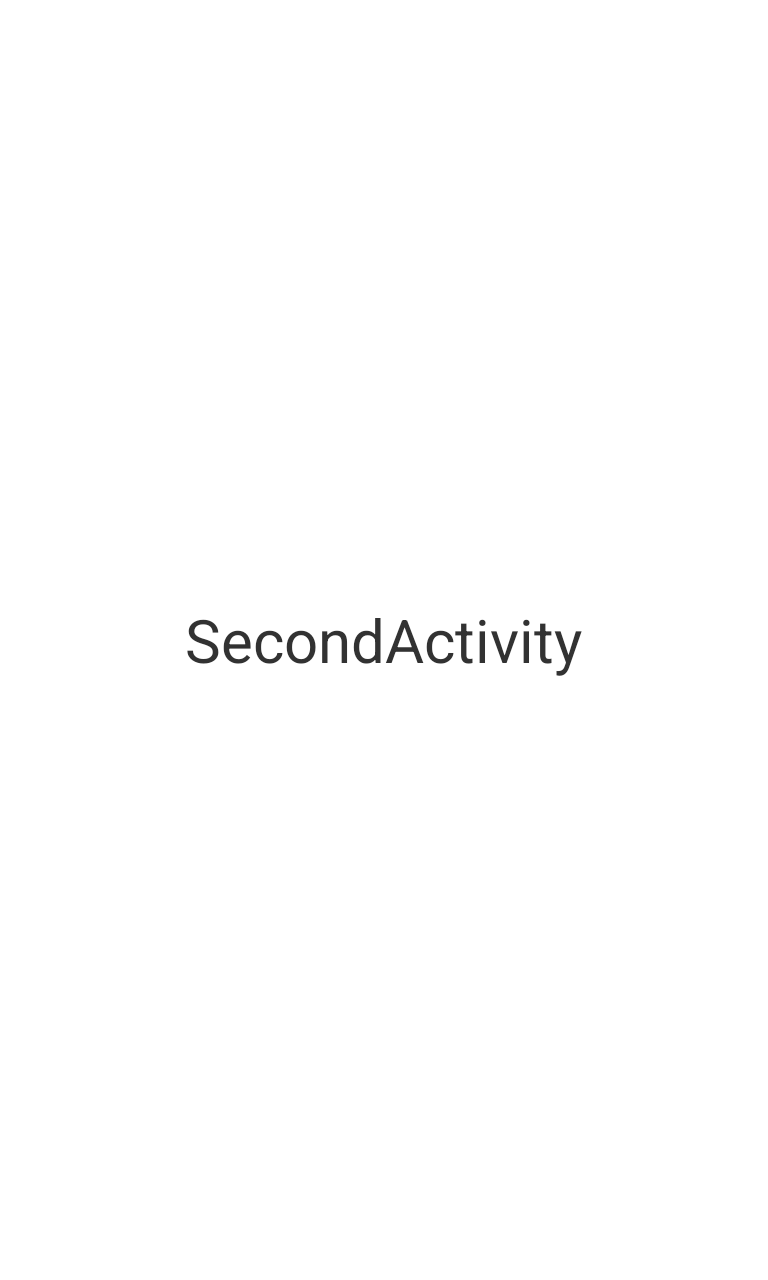
Repository: xuelang201201/Android
Layout: Android基础/Intent/res/layout/activity_second.xml
An editor plug-in stored every save of this project. The layout is shown before and after the next save, followed by the edit.
It is drawn on a 768 x 1280 px phone screen (xhdpi) without system bars, with theme AppTheme; the app's code is not run.

Above is the layout before, as saved 2016-02-15 05:17:47.

After the next save:
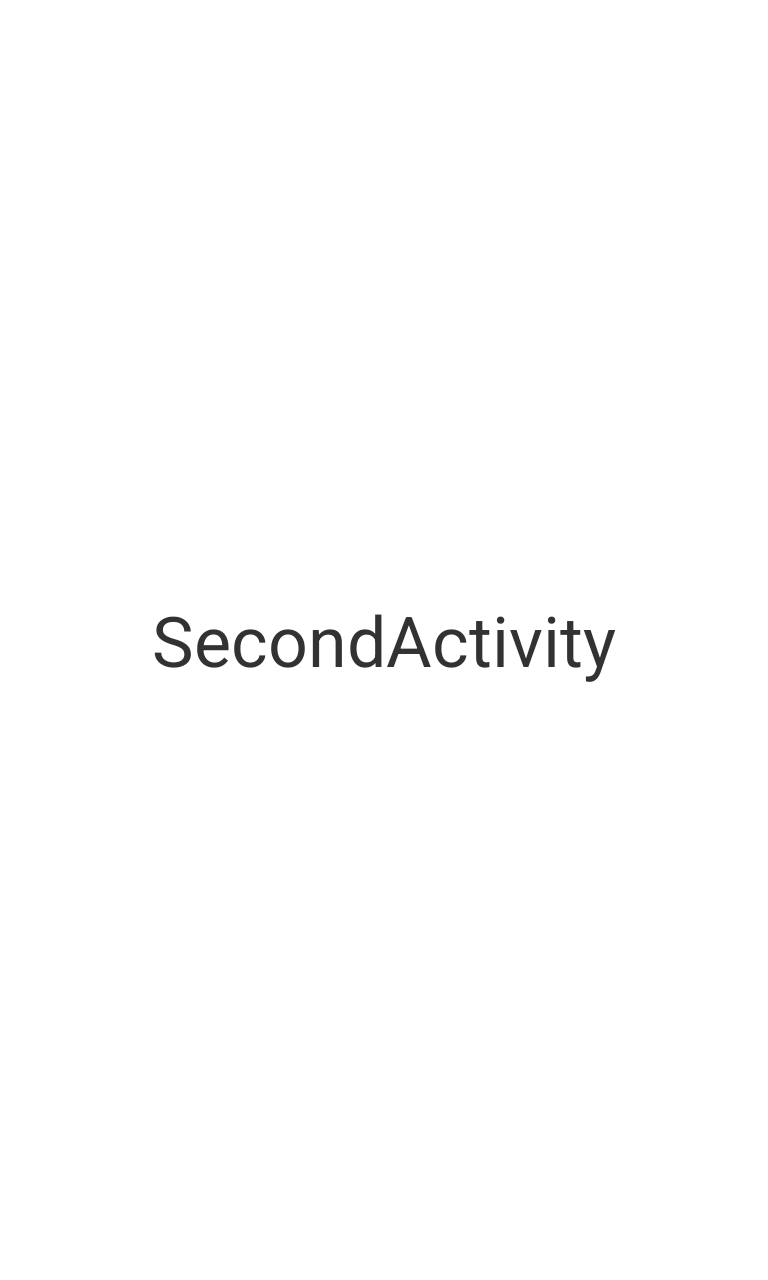
Saved 17 s later.
--- a/Android基础/Intent/res/layout/activity_second.xml
+++ b/Android基础/Intent/res/layout/activity_second.xml
@@ -8,6 +8,6 @@
         android:layout_width="wrap_content"
         android:layout_height="wrap_content"
         android:text="SecondActivity"
-        android:textSize="30sp" />
+        android:textSize="35sp" />
 
 </RelativeLayout>
